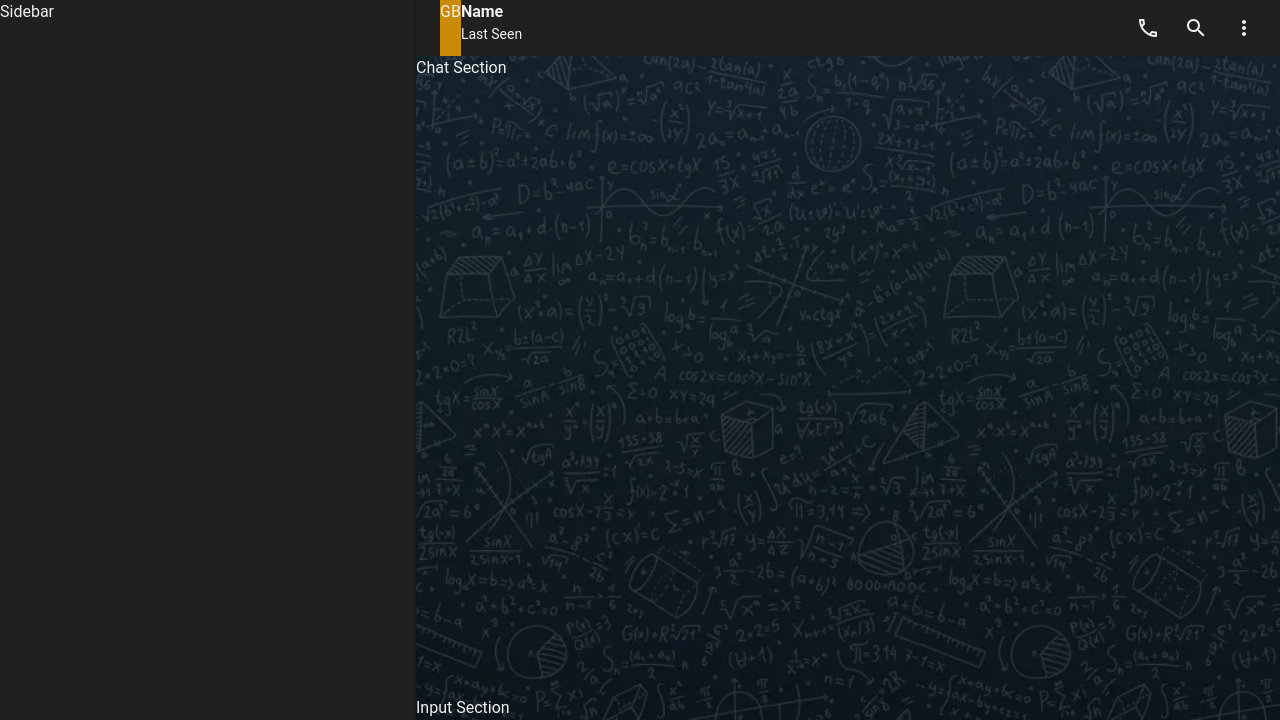
Repository: Qu4ntumGuy/telegram-clone
Page: /
These files come from the project's save history. The page is drawn as it stood at one moment and after the next save; the edit follows.
The browser window is 1280 px wide. The pictures show the whole page.
The project was rebuilt for these pictures with package versions that can differ from the ones it lists, and the page was loaded fresh each time. Also part of the build but not shown: src/Utils/ContextProvider.js, src/Pages/ChatPage.js/ChatPage.js.

Above is the page before, as saved 2024-07-15 12:07:07.

After the next save:
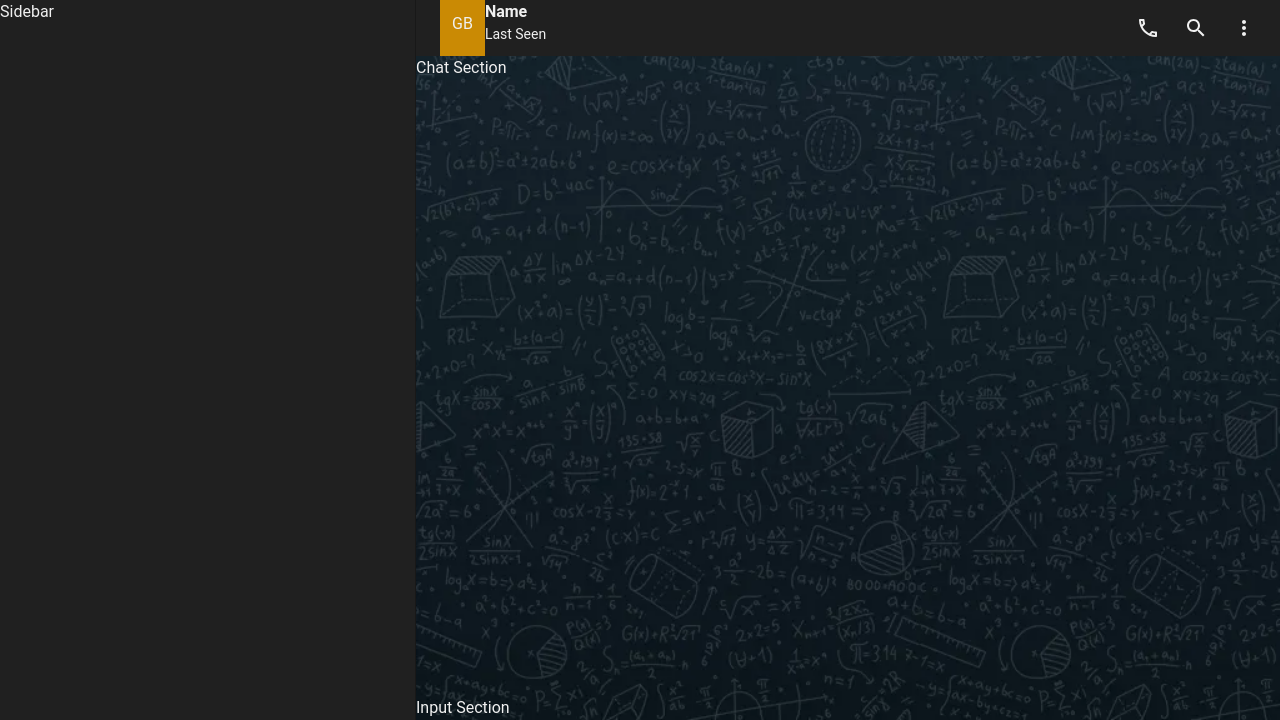
Saved 8 s later.
--- a/src/Components/Topbar.js
+++ b/src/Components/Topbar.js
@@ -7,7 +7,7 @@ function Topbar() {
   return (
     <div className="flex px-6 h-14">
       <div className="flex-1 flex">
-        <div className="bg-yellow-600">GB</div>
+        <div className="bg-yellow-600 p-3">GB</div>
         <div className="flex flex-col">
           <div className="font-semibold">Name</div>
           <div className="text-sm"> Last Seen</div>
